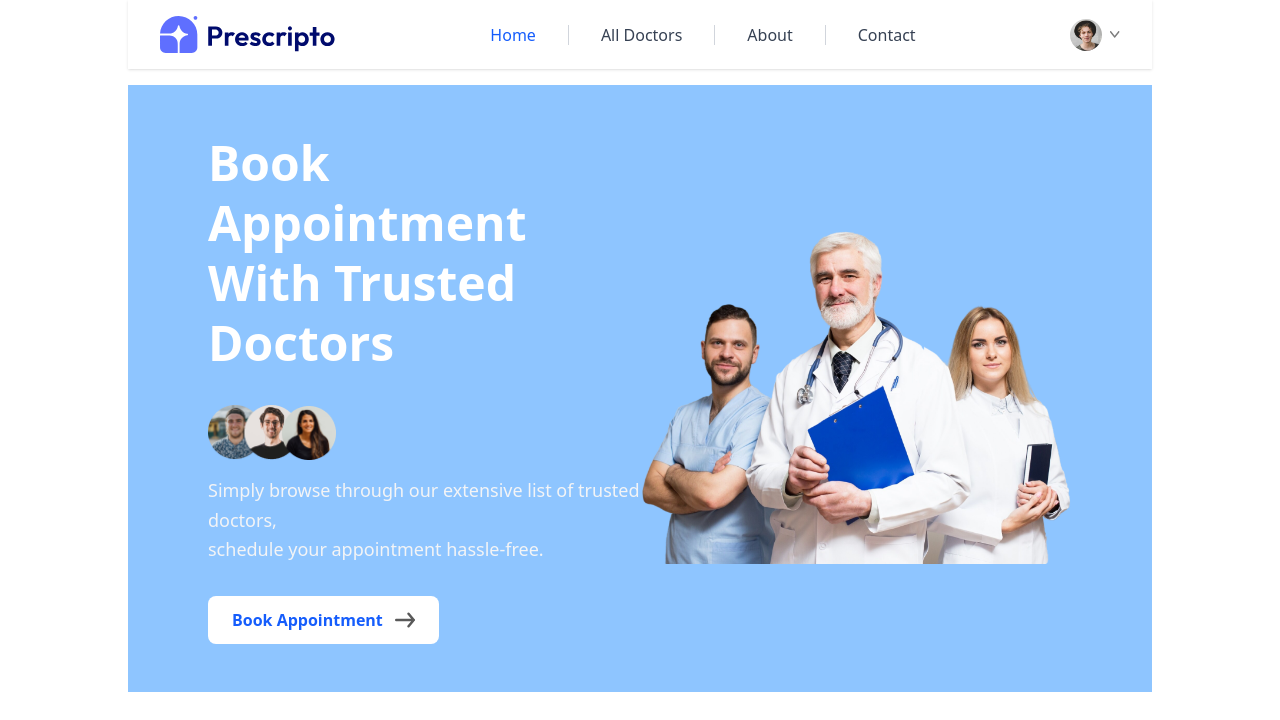
Repository: Pran2535/appointement_booking
Page: / (app in frontend/)
These files come from the project's save history. The page is drawn as it stood at one moment and after the next save; the edit follows.
The browser window is 1280 px wide. The pictures show the whole page.
The project was rebuilt for these pictures with package versions that can differ from the ones it lists, and the page was loaded fresh each time. Also part of the build but not shown: frontend/vite.config.js, frontend/src/pages/About.jsx, frontend/src/pages/MyAppointments.jsx, frontend/src/pages/Doctors.jsx, frontend/src/pages/Login.jsx, frontend/src/pages/Contact.jsx, frontend/src/pages/MyProfile.jsx, frontend/src/pages/Appointment.jsx.

Above is the page before, as saved 2025-02-16 21:00:17.

After the next save:
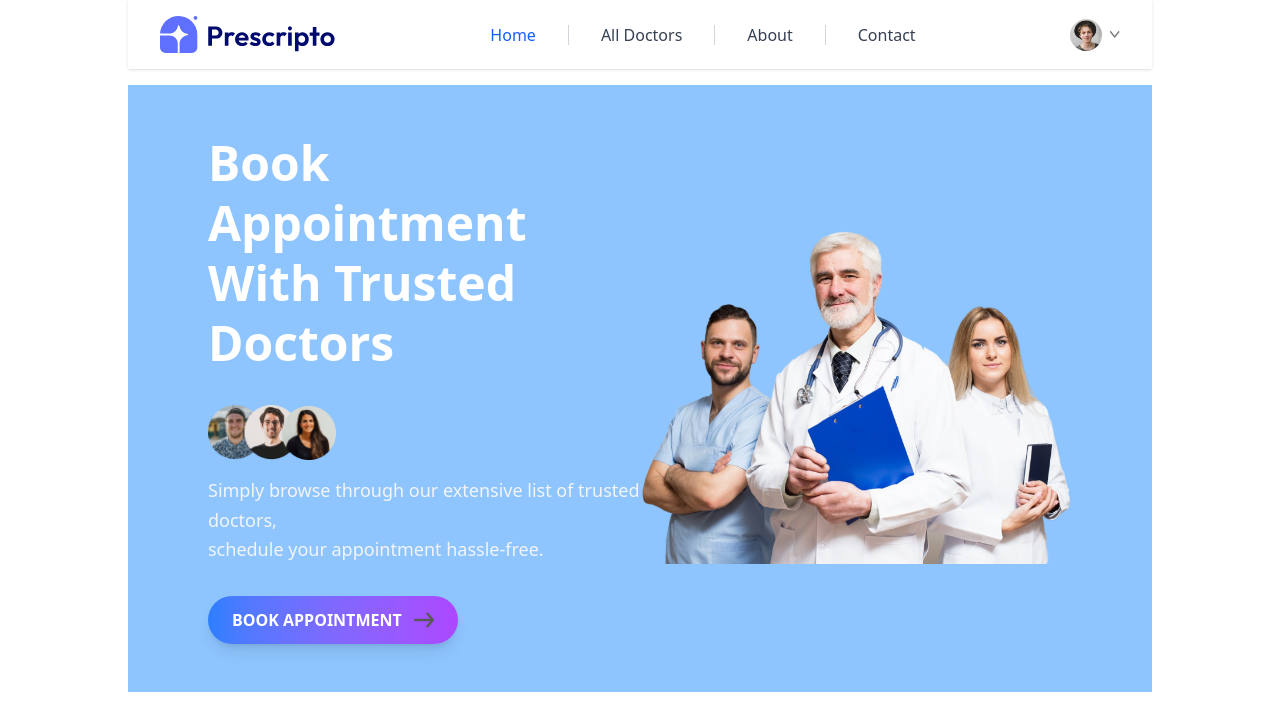
Saved 2 min 7 s later.
--- a/frontend/src/components/Header.jsx
+++ b/frontend/src/components/Header.jsx
@@ -5,7 +5,7 @@ const Header = () => {
   return (
     <div className="mt-4 flex flex-col md:flex-row justify-between items-center bg-blue-300 px-6 md:px-10 lg:px-20 py-12 text-white">
       {/* Left side */}
-      <div className="w-full md:w-1/2 justify-center gap-4 space-y-8 mb-8 md:mb-0">
+      <div className="w-full md:w-1/2 space-y-8 mb-8 md:mb-0">
         <h1 className="text-4xl lg:text-5xl font-bold leading-tight">
           Book Appointment <br /> With Trusted Doctors
         </h1>
@@ -28,7 +28,7 @@ const Header = () => {
 
         <a
           href="#"
-          className="inline-flex items-center space-x-3 bg-white text-blue-600 px-6 py-3 rounded-lg font-semibold hover:bg-gray-100 transition-colors duration-200"
+          className="inline-flex items-center space-x-3 bg-gradient-to-r from-blue-500 to-purple-500 hover:from-blue-600 hover:to-purple-600 text-white font-bold uppercase px-6 py-3 rounded-full shadow-lg transition-colors duration-300"
         >
           <span>Book Appointment</span>
           <img
